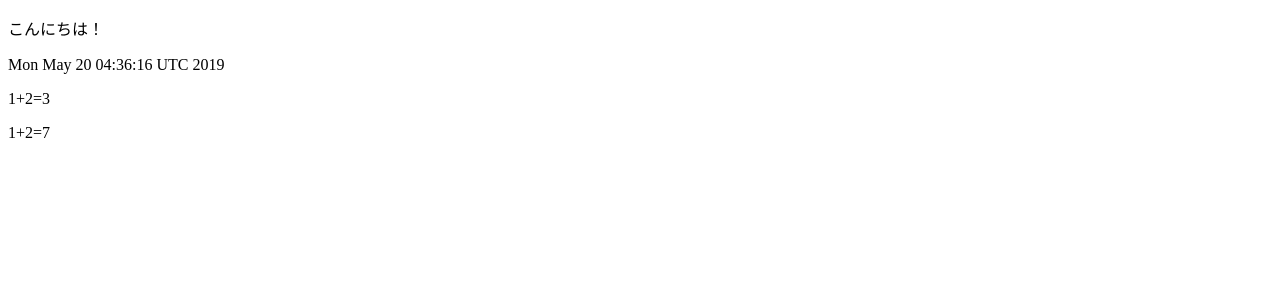
Repository: wenxing494/JSP-Servlet
Page: http://localhost/HelloJSP/
These files come from the project's save history. The page is drawn as it stood at one moment and after the next save; the edit follows.
The browser window is 1280 px wide. The pictures show the whole page.
The page is served by Tomcat 9.

Above is the page before, as saved 2019-05-20 04:44:23.

After the next save:
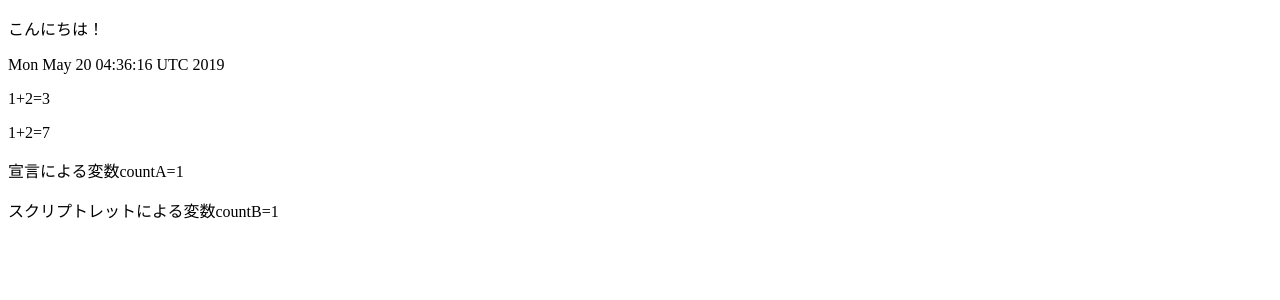
Saved 2 min 38 s later.
--- a/HelloJSP/WebContent/index.jsp
+++ b/HelloJSP/WebContent/index.jsp
@@ -16,6 +16,14 @@
 	%>
 		<p>1+2=<%=add(1,2) %></p>
 		<p>1+2=<%=add(3,4) %></p>
+		<%! static int countA=0; %>
+  	<%
+	int countB=0;
+		countA++;
+		countB++;
+	%>
+		<p>宣言による変数countA=<%=countA %></p>
+		<p>スクリプトレットによる変数countB=<%=countB %></p>
 
 	</body>
 </html>
